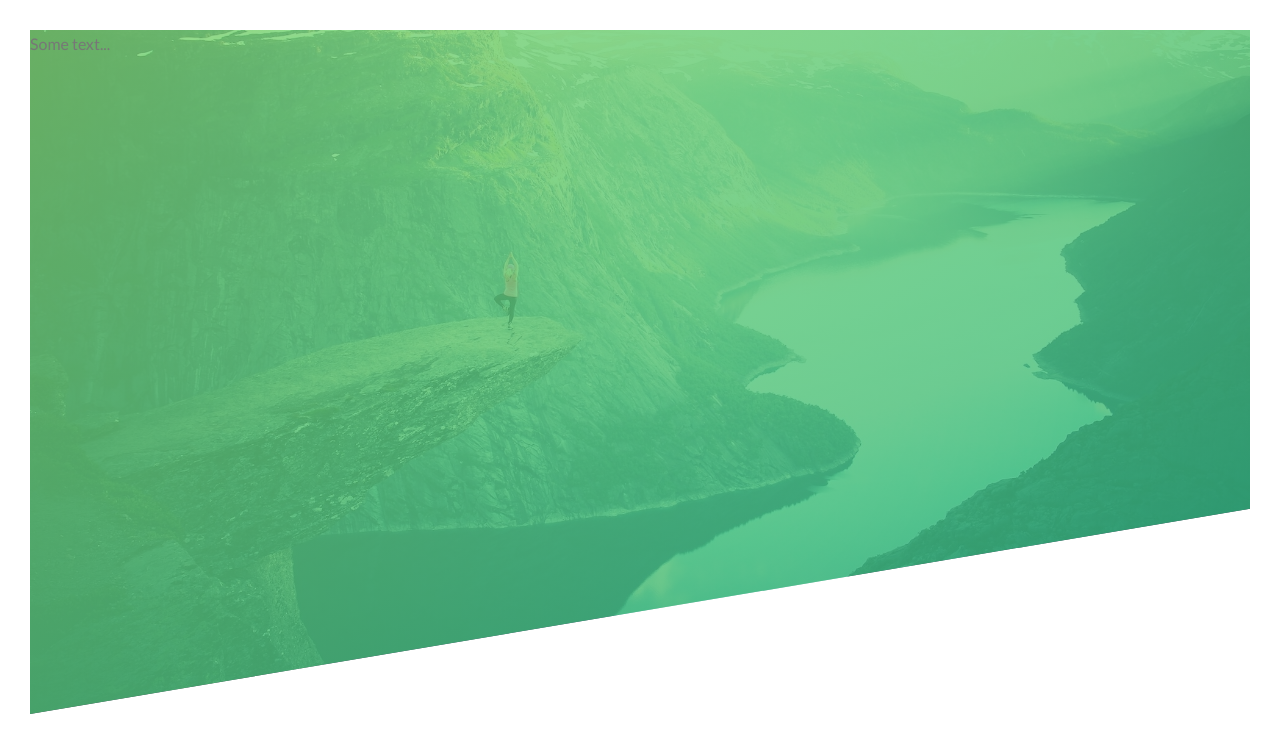
Repository: kamilluc/advanced-css-course
Page: Natours/my-implementation/index.html
An editor plug-in stored every save of this project. The page is shown before and after the next save, followed by the edit.
The browser window is 1280 px wide. The pictures show the whole page.

Above is the page before, as saved 2019-05-24 21:03:32.

### Natours/my-implementation/index.html
<!DOCTYPE html>
<html lang="en">
  <head>
    <meta charset="UTF-8" />
    <meta name="viewport" content="width=device-width, initial-scale=1.0" />

    <link
      href="https://fonts.googleapis.com/css?family=Lato:100,300,400,700,900"
      rel="stylesheet"
    />

    <link rel="stylesheet" href="css/icon-font.css" />
    <link rel="stylesheet" href="css/style.css" />
    <link rel="shortcut icon" type="image/png" href="img/favicon.png" />

    <title>Natours | Exciting tours for adventurous people</title>
  </head>
  <body>
    <!-- HEADER -->
    <header class="header">
      Some text...
    </header>
  </body>
</html>

### Natours/my-implementation/css/style.css
/*
COLORS:

Light green: #7ed56f
Medium green: #55c57a
Dark green: #28b485

*/

/* BASIC RESET, NORMALIZE COULD BE USED BUT NOT REALLY NEEDED */
*,
::before,
::after {
  margin: 0;
  padding: 0;
  box-sizing: border-box;
}

/* FONTS SETTING HERE, NOT IN * CUZ THEY ARE INHERITED */
body {
  font-family: "Lato", sans-serif;
  font-weight: 400;
  font-size: 16px;
  line-height: 1.7;
  color: #777;
  padding: 30px;
}

.header {
  height: 95vh;
  background-image: linear-gradient(
      to right bottom,
      rgba(126, 213, 111, 0.8),
      rgba(40, 180, 131, 0.8)
    ),
    url("../img/hero.jpg");
  background-size: cover;
  background-position: top;
  clip-path: polygon(0 0, 100% 0, 100% 70%, 0 100%);
}

Loaded but not shown: Natours/my-implementation/css/icon-font.css (no copy from this time; the picture is the same without it)

After the next save:
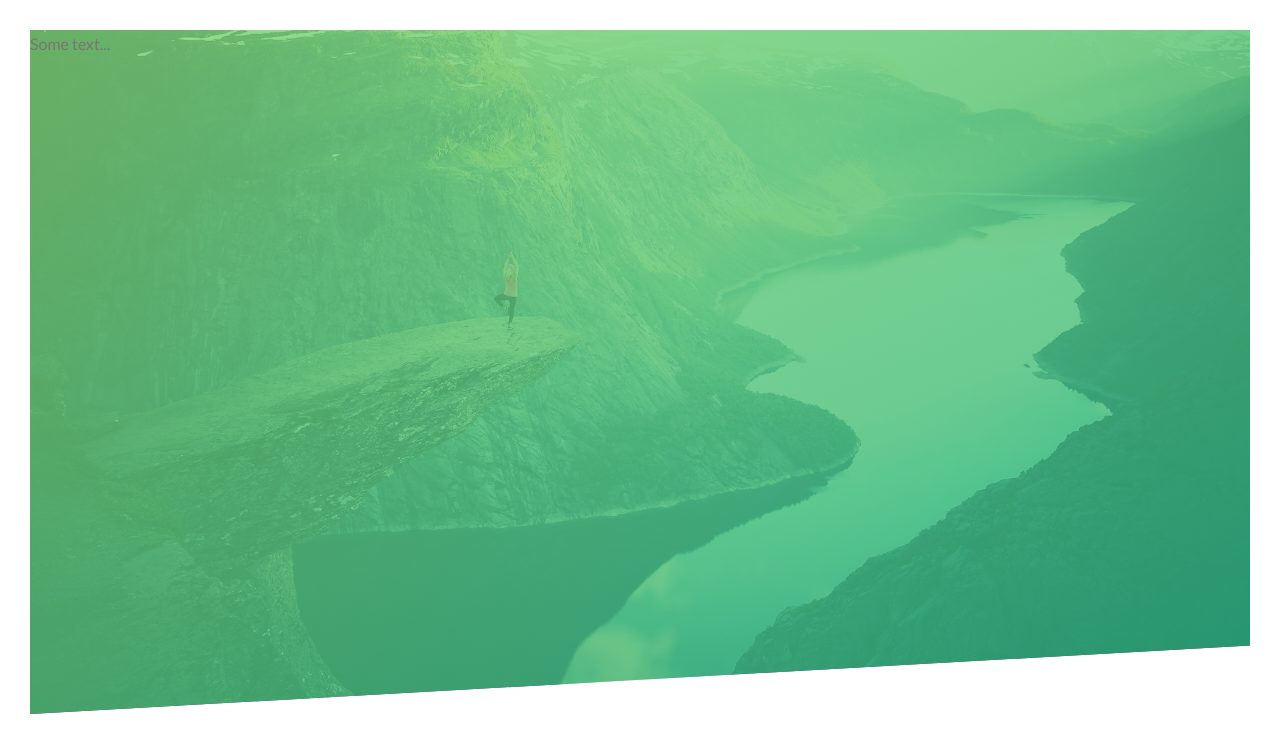
Saved 19 s later.
--- a/Natours/my-implementation/css/style.css
+++ b/Natours/my-implementation/css/style.css
@@ -36,5 +36,5 @@ body {
     url("../img/hero.jpg");
   background-size: cover;
   background-position: top;
-  clip-path: polygon(0 0, 100% 0, 100% 70%, 0 100%);
+  clip-path: polygon(0 0, 100% 0, 100% 90%, 0 100%);
 }
